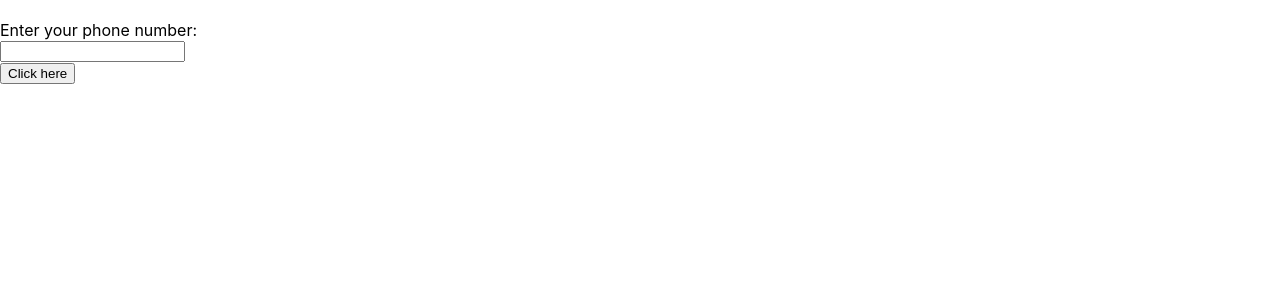
Repository: Rubin78/login-verification
Page: /
The author's editor kept a copy of each file at every save. The page is drawn from the files as they stood at one save, then again after the next save.
The browser window is 1280 px wide. The pictures show the whole page.
The project was rebuilt for these pictures with package versions that can differ from the ones it lists, and the page was loaded fresh each time.

Above is the page before, as saved 2021-02-15 01:58:47.

After the next save:
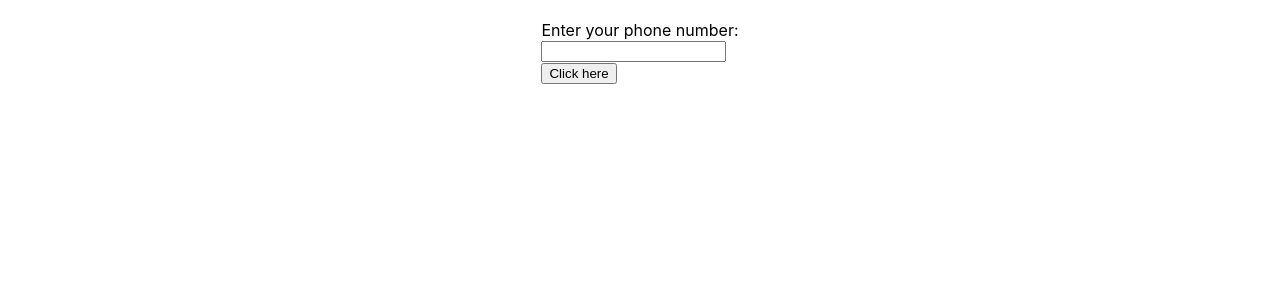
Saved 9 s later.
--- a/src/App.js
+++ b/src/App.js
@@ -72,7 +72,7 @@ export default class App extends Component {
   render() {
     const { phoneNumber } = this.state;
     return (
-      <div className="">
+      <div className="otp">
         <form onSubmit={this.handleClick}>
           <div id="recaptcha"></div>
           <br />
